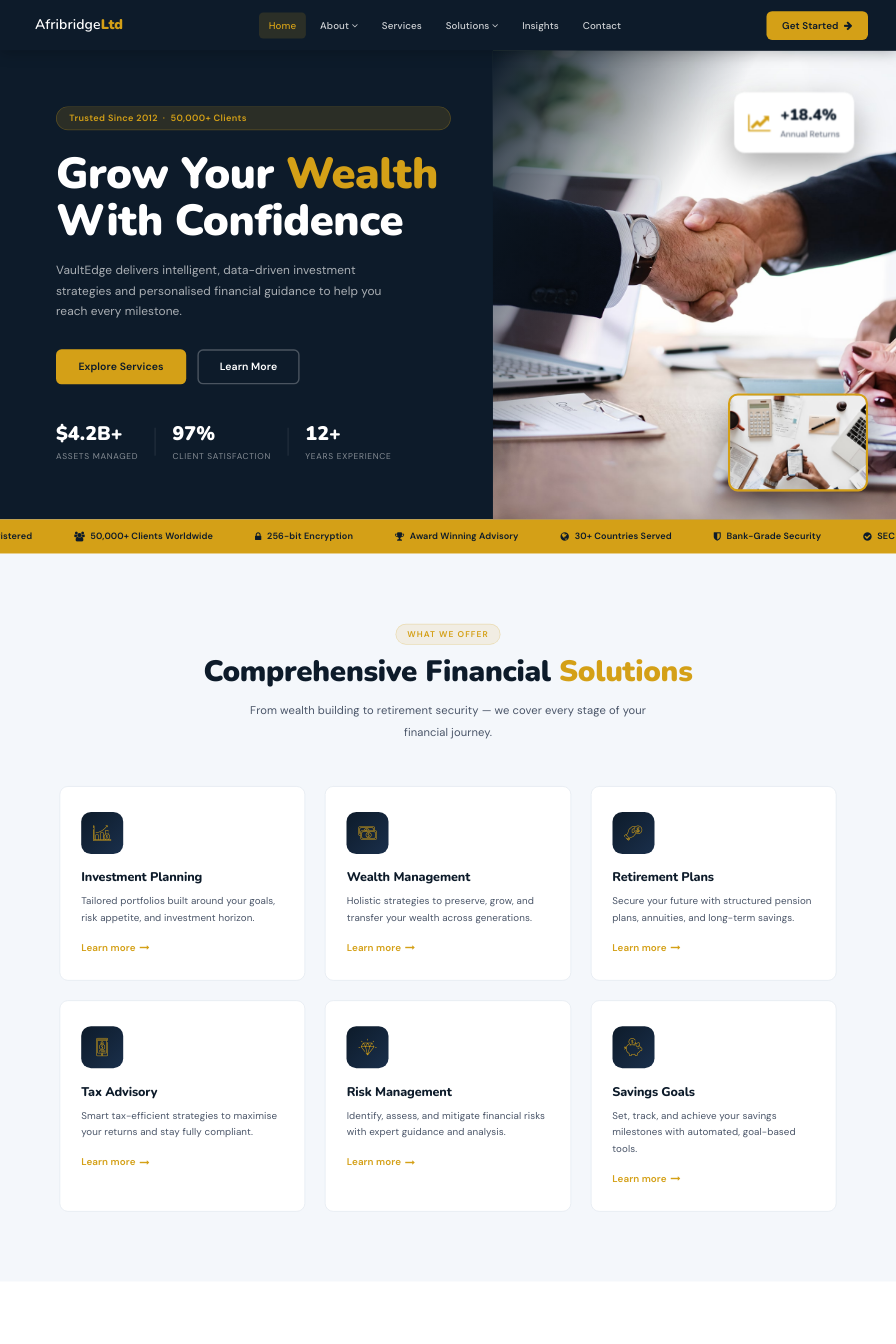
Repository: monk63/afribridgeltd
Page: afribridgeltd/index.html
An editor plug-in stored every save of this project. The page is shown before and after the next save, followed by the edit.
The browser window is 1280 px wide. The pictures show the part of the page from y = 0 to 1920 px (the page is 5448 px tall), at 70% of full size.
Some web fonts or font styles are not loaded; a fallback is used.

Above is the page before, as saved 2026-04-01 07:18:08.
Console error: RangeError: Maximum call stack size exceeded

After the next save:
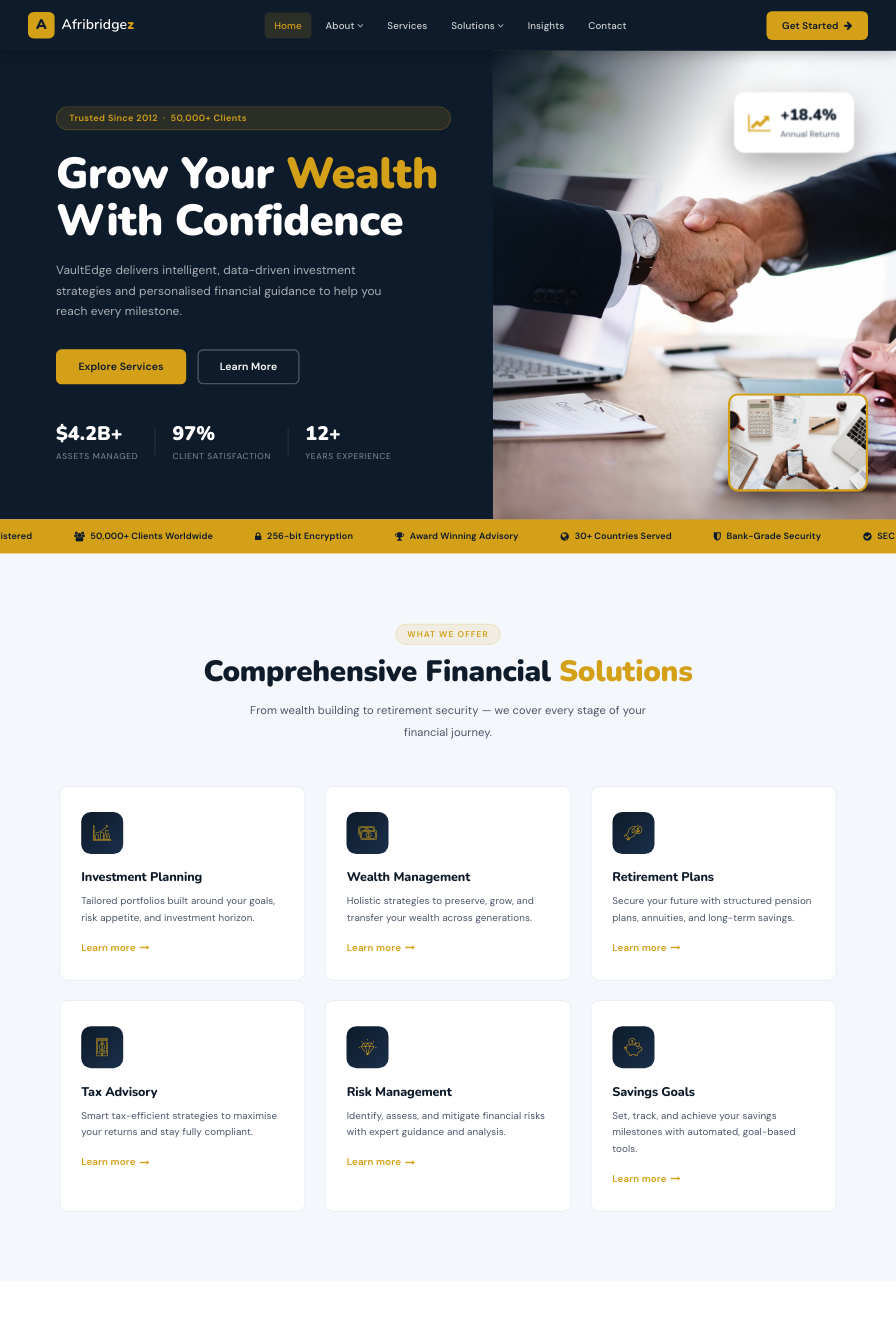
Saved 2 min 6 s later.
--- a/afribridgeltd/index.html
+++ b/afribridgeltd/index.html
@@ -26,8 +26,8 @@
             <!-- Logo -->
             <div class="ve-logo">
                 <a href="index.html">
-                    <span rel="icon" href="img/core-img/aicon.jpg"></span>
-                    <span class="ve-logo-text">Afribridge<strong>Ltd</strong></span>
+                    <span class="ve-logo-icon">A</span>
+                    <span class="ve-logo-text">Afribridge<strong>z</strong></span>
                 </a>
             </div>
 
